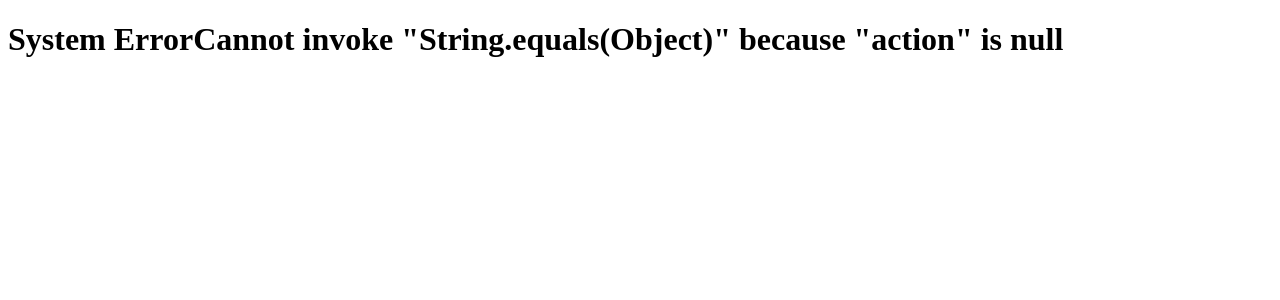
Repository: kirushanshan/SGIC-JAVA
Page: http://localhost/Student/studentManage
These files come from the project's save history. The page is drawn as it stood at one moment and after the next save; the edit follows.
The browser window is 1280 px wide. The pictures show the whole page.
The page is served by Tomcat 9. Other server files are loaded and not shown.

Above is the page before, as saved 2022-09-22 04:00:13.

### h/Student/src/main/webapp/error.jsp
	<%@ page language="java" contentType="text/html; charset=ISO-8859-1"
    pageEncoding="ISO-8859-1"%>
<!DOCTYPE html>
<html>
<head>
<meta charset="ISO-8859-1">
<title>Insert title here</title>
</head>

<body>
<h1>${ERROR}</h1>
</body>

</html>

### h/Student/src/main/java/StudentManage.java

import java.io.IOException;
import java.util.List;

import javax.servlet.ServletException;
import javax.servlet.annotation.WebServlet;
import javax.servlet.http.HttpServlet;
import javax.servlet.http.HttpServletRequest;
import javax.servlet.http.HttpServletResponse;

/**
 * Servlet implementation class StudentManage
 */
@WebServlet("/studentManage")
public class StudentManage extends HttpServlet {
	private static final long serialVersionUID = 1L;

	/**
	 * @see HttpServlet#HttpServlet()
	 */
	public StudentManage() {
		super();
		// TODO Auto-generated constructor stub
	}

	/**
	 * @see HttpServlet#doGet(HttpServletRequest request, HttpServletResponse
	 *      response)
	 */
	/**
	 *
	 */
	protected void doGet(HttpServletRequest request, HttpServletResponse response)
			throws ServletException, IOException {
		// TODO Auto-generated method stub
		response.getWriter().append("Served at: ").append(request.getContextPath());
		String action = request.getParameter("action");
		RegisterDao getDetails = new RegisterDao();
		try {
			if (action.equals("students")) {
				List<Student> students = getDetails.getStudents();
				String msg = "no students details";

				if (students.size() > 0) {
					msg = students.size() + (students.size() > 1 ? "records" : "record");
				}
				request.setAttribute("MSG", msg);
				request.setAttribute("students", students);
				request.getRequestDispatcher("view_student_details.jsp").forward(request, response);
			}
		} catch (Exception exception) {
			request.setAttribute("ERROR", "System Error" + exception.getMessage());
			request.getRequestDispatcher("error.jsp").forward(request, response);

		}
	}

	/**
	 * @see HttpServlet#doPost(HttpServletRequest request, HttpServletResponse
	 *      response)
	 */
	protected void doPost(HttpServletRequest request, HttpServletResponse response)
			throws ServletException, IOException {
		// TODO Auto-generated method stub
		doGet(request, response);
	}

}

### h/Student/src/main/java/RegisterDao.java

import java.sql.Connection;
import java.sql.DriverManager;
import java.sql.PreparedStatement;
import java.sql.ResultSet;
import java.sql.SQLException;
import java.sql.Statement;
import java.util.ArrayList;
import java.util.List;

public class RegisterDao {
	private String dbUrl = "jdbc:mysql://localhost:3306/student";
	private String dbUname = "root";
	private String dbPassword = "";
	private String dbDriver = "com.mysql.cj.jdbc.Driver";

	public void loadDriver(String dbDriver) {
		try {
			Class.forName(dbDriver);
		} catch (ClassNotFoundException e) {
			// TODO Auto-generated catch block
			e.printStackTrace();
		}
	}

	public Connection getConnection() {
		Connection con = null;
		try {
			con = DriverManager.getConnection(dbUrl, dbUname, dbPassword);
		} catch (SQLException e) {
			// TODO Auto-generated catch block
			e.printStackTrace();
		}
		return con;
	}

	public String insert(Student student) {
		loadDriver(dbDriver);
		Connection con = getConnection();
		String sql = "INSERT INTO `student_details` (`student_id`, `name`, `age`, `address`, `grade`) VALUES (NULL, ?, ?, ?, ?);";
		String result = "data enterd successfully";
		PreparedStatement psta;
		System.out.print(student);
		try {
			psta = con.prepareStatement(sql);

			psta.setString(1, student.getName());
			psta.setInt(2, student.getAge());
			psta.setString(3, student.getAddress());
			psta.setInt(4, student.getGrade());
			psta.executeUpdate();
		} catch (SQLException e) {
			// TODO Auto-generated catch block
			e.printStackTrace();
			result = "Data not enterd";

		}
		return result;
	}

	public List getStudents() {
		List<Student> students = new ArrayList<>();
		loadDriver(dbDriver);
		Connection con = getConnection();

		String sql = "SELECT * FROM `student_details`;";
		String result = "data enterd successfully";

		try {
			Statement stmt = con.createStatement();
			ResultSet rs = stmt.executeQuery(sql);

			while (rs.next()) {
				Student student = new Student();

				student.setId(rs.getInt(1));
				student.setName(rs.getString(2));
				student.setAge(rs.getInt(3));
				student.setGrade(rs.getInt(4));

				students.add(student);
			}

		} catch (Exception exception) {

		}
		return students;
	}

}

After the next save:
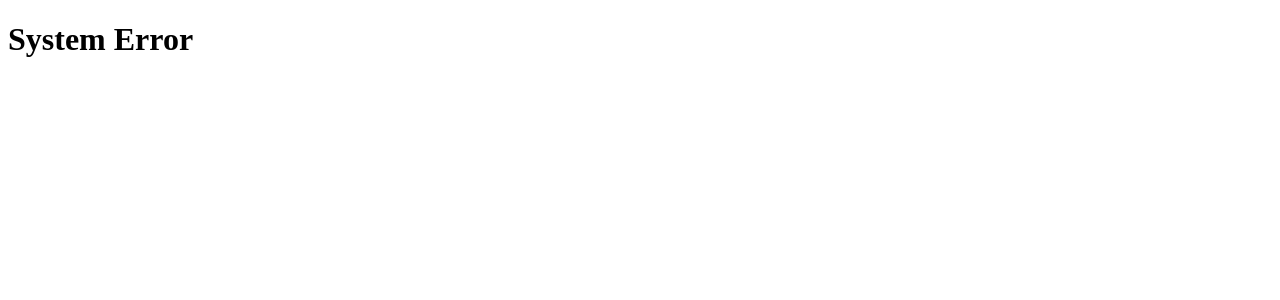
Saved 2 min 0 s later.
--- a/h/Student/src/main/java/StudentManage.java
+++ b/h/Student/src/main/java/StudentManage.java
@@ -49,7 +49,7 @@ public class StudentManage extends HttpServlet {
 				request.getRequestDispatcher("view_student_details.jsp").forward(request, response);
 			}
 		} catch (Exception exception) {
-			request.setAttribute("ERROR", "System Error" + exception.getMessage());
+			request.setAttribute("ERROR", "System Error" );
 			request.getRequestDispatcher("error.jsp").forward(request, response);
 
 		}
